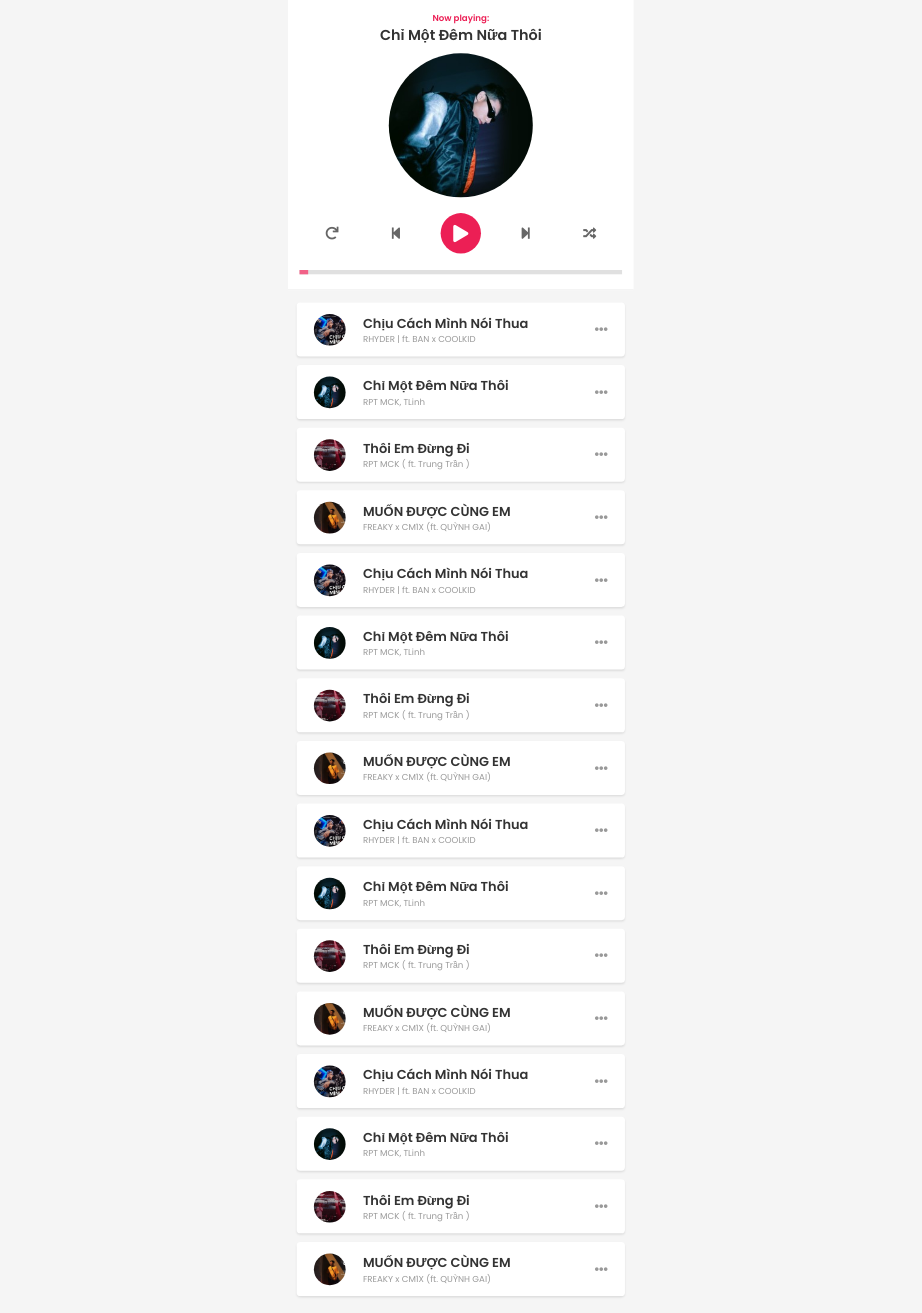
Repository: ChiNg22nd04/MusicPlayer
Page: index.html
These files come from the project's save history. The page is drawn as it stood at one moment and after the next save; the edit follows.
The browser window is 1280 px wide. The pictures show the whole page, at 72% of full size.

Above is the page before, as saved 2023-12-31 16:40:58.

### index.html
<!DOCTYPE html>
<html lang="en">
<head>
    <meta charset="UTF-8">
    <meta name="viewport" content="width=device-width, initial-scale=1.0">
    <title>Music player</title>
    <link rel="stylesheet" href="https://cdnjs.cloudflare.com/ajax/libs/font-awesome/5.15.2/css/all.min.css" integrity="sha512-HK5fgLBL+xu6dm/Ii3z4xhlSUyZgTT9tuc/hSrtw6uzJOvgRr2a9jyxxT1ely+B+xFAmJKVSTbpM/CuL7qxO8w==" crossorigin="anonymous" />
    <link rel="preconnect" href="https://fonts.gstatic.com">
    <link href="https://fonts.googleapis.com/css2?family=Poppins:wght@300;400;600&display=swap" rel="stylesheet">
    <link rel="stylesheet" href="./assets/css/style.css">
</head>
<body>


<div class="player">
  <!-- Dashboard -->
  <div class="dashboard">
    <!-- Header -->
    <header>
      <h4>Now playing:</h4>
      <h2>String 57th & 9th</h2>
    </header>

    <!-- CD -->
    <div class="cd">
      <div class="cd-thumb"
        style="background-image: url(./assets/img/cmdnt.jpeg);">

      </div>
    </div>

    <!-- Control -->
    <div class="control">
      <div class="btn btn-repeat">
        <i class="fas fa-redo"></i>
      </div>
      <div class="btn btn-prev">
        <i class="fas fa-step-backward"></i>
      </div>
      <div class="btn btn-toggle-play">
        <i classa="fas fa-pause icon-pause"></i>
        <i class="fas fa-play icon-play"></i>
      </div>
      <div class="btn btn-next">
        <i class="fas fa-step-forward"></i>
      </div>
      <div class="btn btn-random">
        <i class="fas fa-random"></i>
      </div>
    </div>

    <input id="progress" class="progress" type="range" value="0" step="1" min="0" max="100">

    <audio id="audio" src=""></audio>
  </div>

  <!-- Playlist -->
  <div class="playlist">

  </div>
</div>
<script src="./main.js"></script>
<!-- Design from: https://static.collectui.com/shots/3671744/musicloud-revolutionary-app-for-music-streaming-large -->
</body>
</html>

### assets/css/style.css
:root {
    --primary-color: #ec1f55;
    --text-color: #333;
  }

  * {
    padding: 0;
    margin: 0;
    box-sizing: inherit;
  }

  body {
    background-color: #f5f5f5;
  }

  html {
    box-sizing: border-box;
    font-family: "Poppins", sans-serif;
  }

  .player {
    position: relative;
    max-width: 480px;
    margin: 0 auto;
  }

  .player .icon-pause {
    display: none ;

  }

  .player.playing .icon-pause {
    display: inline-block ;
  }

  .player.playing .icon-play {
    display: none;
  }

  .dashboard {
    padding: 16px 16px 14px;
    background-color: #fff;
    position: fixed;
    top: 0;
    width: 100%;
    max-width: 480px;
    border-bottom: 1px solid #ebebeb;
  }

  /* HEADER */
  header {
    text-align: center;
    margin-bottom: 10px;
  }

  header h4 {
    color: var(--primary-color);
    font-size: 12px;
  }

  header h2 {
    color: var(--text-color);
    font-size: 20px;
  }

  /* CD */
  .cd {
    display: flex;
    margin: auto;
    width: 200px;
  }

  .cd-thumb {
    width: 100%;
    padding-top: 100%;
    border-radius: 50%;
    background-color: #333;
    background-size: cover;
    margin: auto;
  }

  /* CONTROL */
  .control {
    display: flex;
    align-items: center;
    justify-content: space-around;
    padding: 18px 0 8px 0;
  }

  .control .btn {
    color: #666;
    padding: 18px;
    font-size: 18px;
  }

  .control .btn.active {
    color: var(--primary-color);
  }
  .control .btn-toggle-play {
    width: 56px;
    height: 56px;
    border-radius: 50%;
    font-size: 24px;
    color: #fff;
    display: flex;
    align-items: center;
    justify-content: center;
    background-color: var(--primary-color);
  }

  .progress {
    width: 100%;
    -webkit-appearance: none;
    height: 6px;
    background: #d3d3d3;
    outline: none;
    opacity: 0.7;
    -webkit-transition: 0.2s;
    transition: opacity 0.2s;
  }

  .progress::-webkit-slider-thumb {
    -webkit-appearance: none;
    appearance: none;
    width: 12px;
    height: 6px;
    background-color: var(--primary-color);
    cursor: pointer;
  }

  /* PLAYLIST */
  .playlist {
    margin-top: 408px;
    padding: 12px;
  }

  .song {
    display: flex;
    align-items: center;
    margin-bottom: 12px;
    background-color: #fff;
    padding: 8px 16px;
    border-radius: 5px;
    box-shadow: 0 2px 3px rgba(0, 0, 0, 0.1);
  }

  .song.active {
    background-color: var(--primary-color);
  }

  .song:active {
    opacity: 0.8;
  }

  .song.active .option,
  .song.active .author,
  .song.active .title {
    color: #fff;
  }

  .song .thumb {
    width: 44px;
    height: 44px;
    border-radius: 50%;
    background-size: cover;
    margin: 0 8px;
  }

  .song .body {
    flex: 1;
    padding: 0 16px;
  }

  .song .title {
    font-size: 18px;
    color: var(--text-color);
  }

  .song .author {
    font-size: 12px;
    color: #999;
  }

  .song .option {
    padding: 16px 8px;
    color: #999;
    font-size: 18px;
  }

### main.js
const $ = document.querySelector.bind(document);
const $$ = document.querySelectorAll.bind(document);

const playlist = $('.playlist');
const audio = $('#audio');
const heading = $('header h2');
const cdThumb = $('.cd-thumb');
const playBtn = $('.btn-toggle-play');
const player = $('.player');

//! List bài hát
const app = {
    currentIndex: 0,
    isPlaying: false,
    listSong: [
        {
            name: 'Chịu Cách Mình Nói Thua',
            singer: 'RHYDER | ft. BAN x COOLKID ',
            path: './assets/music/ChiuCachMinhNoiThua-RHYDERCoolkidBAN-12449134.mp3',
            img:'./assets/img/ccmnt.jpeg',
        },
        {
            name: 'Chỉ Một Đêm Nữa Thôi',
            singer: 'RPT MCK, TLinh',
            path: './assets/music/ChiMotDemNuaThoi-MCK-8804087.mp3',
            img: './assets/img/cmdnt.jpeg',
        },
        {
            name: 'Thôi Em Đừng Đi',
            singer: 'RPT MCK ( ft. Trung Trần )',
            path: './assets/music/ThoiEmDungDi-MCK-8804088.mp3',
            img: './assets/img/tedd.jpeg',
        },
        {
            name: 'MUỐN ĐƯỢC CÙNG EM',
            singer: 'FREAKY x CM1X (ft. QUỲNH GAI)',
            path: './assets/music/MuonDuocCungEm-Freaky-6792500.mp3',
            img: './assets/img/mdce.jpeg',
        },
        {
            name: 'Chịu Cách Mình Nói Thua',
            singer: 'RHYDER | ft. BAN x COOLKID ',
            path: './assets/music/ChiuCachMinhNoiThua-RHYDERCoolkidBAN-12449134.mp3',
            img:'./assets/img/ccmnt.jpeg',
        },
        {
            name: 'Chỉ Một Đêm Nữa Thôi',
            singer: 'RPT MCK, TLinh',
            path: './assets/music/ChiMotDemNuaThoi-MCK-8804087.mp3',
            img: './assets/img/cmdnt.jpeg',
        },
        {
            name: 'Thôi Em Đừng Đi',
            singer: 'RPT MCK ( ft. Trung Trần )',
            path: './assets/music/ThoiEmDungDi-MCK-8804088.mp3',
            img: './assets/img/tedd.jpeg',
        },
        {
            name: 'MUỐN ĐƯỢC CÙNG EM',
            singer: 'FREAKY x CM1X (ft. QUỲNH GAI)',
            path: './assets/music/MuonDuocCungEm-Freaky-6792500.mp3',
            img: './assets/img/mdce.jpeg',
        },
        {
            name: 'Chịu Cách Mình Nói Thua',
            singer: 'RHYDER | ft. BAN x COOLKID ',
            path: './assets/music/ChiuCachMinhNoiThua-RHYDERCoolkidBAN-12449134.mp3',
            img:'./assets/img/ccmnt.jpeg',
        },
        {
            name: 'Chỉ Một Đêm Nữa Thôi',
            singer: 'RPT MCK, TLinh',
            path: './assets/music/ChiMotDemNuaThoi-MCK-8804087.mp3',
            img: './assets/img/cmdnt.jpeg',
        },
        {
            name: 'Thôi Em Đừng Đi',
            singer: 'RPT MCK ( ft. Trung Trần )',
            path: './assets/music/ThoiEmDungDi-MCK-8804088.mp3',
            img: './assets/img/tedd.jpeg',
        },
        {
            name: 'MUỐN ĐƯỢC CÙNG EM',
            singer: 'FREAKY x CM1X (ft. QUỲNH GAI)',
            path: './assets/music/MuonDuocCungEm-Freaky-6792500.mp3',
            img: './assets/img/mdce.jpeg',
        },
        {
            name: 'Chịu Cách Mình Nói Thua',
            singer: 'RHYDER | ft. BAN x COOLKID ',
            path: './assets/music/ChiuCachMinhNoiThua-RHYDERCoolkidBAN-12449134.mp3',
            img:'./assets/img/ccmnt.jpeg',
        },
        {
            name: 'Chỉ Một Đêm Nữa Thôi',
            singer: 'RPT MCK, TLinh',
            path: './assets/music/ChiMotDemNuaThoi-MCK-8804087.mp3',
            img: './assets/img/cmdnt.jpeg',
        },
        {
            name: 'Thôi Em Đừng Đi',
            singer: 'RPT MCK ( ft. Trung Trần )',
            path: './assets/music/ThoiEmDungDi-MCK-8804088.mp3',
            img: './assets/img/tedd.jpeg',
        },
        {
            name: 'MUỐN ĐƯỢC CÙNG EM',
            singer: 'FREAKY x CM1X (ft. QUỲNH GAI)',
            path: './assets/music/MuonDuocCungEm-Freaky-6792500.mp3',
            img: './assets/img/mdce.jpeg',
        },

    ],

    //hàm để render ra view
    render: function() {
        const htmls = this.listSong.map((song) => {
            return `
            <div class="song">
                <div class="thumb"
                    style="background-image: url('${song.img}');">
                </div>
                <div class="body">
                    <h3 class="title">${song.name}</h3>
                    <p class="author">${song.singer}</p>
                </div>
                <div class="option">
                    <i class="fas fa-ellipsis-h"></i>
                </div>
            </div>
       `

        })
        $('.playlist').innerHTML = htmls.join('\n');
    },
    //handleEven
    handleEnvens: function() {
        // xử lý phóng to thu nhỏ
        const cdWidth =  $('.cd').offsetWidth
        document.onscroll = function() {
            // const scroll = window.scrollY
            const scroll = document.documentElement.scrollTop || window.scrollY
            const cdNew = cdWidth - scroll
            // nếu cdNew > 0 thì
            $('.cd').style.width = cdNew  > 0 ? cdNew + 'px' : 0;
            $('.cd').style.opacity = cdNew / cdWidth;
        }

        //lắng nghe sự kiện click play
        playBtn.onclick = function() {
            audio.play()
            player.classList.add('playing')
            //nếu đang playing thì phải pause còn k thì ngược lại
            if(app.isPlaying) {
                // app.isPlaying = false;
                audio.pause();
                // player.classList.remove('playing');
            }
            else {
                // app.isPlaying = true;
                audio.play();
                // player.classList.add('playing');
            }
        }

        //khi song được play lắng nghe trên thẻ audio
        audio.onplay = function() {
            app.isPlaying = true;
            player.classList.add('playing');
        }
        //khi song bị pause
        audio.onpause = function() {
            app.isPlaying = false;
            player.classList.remove('playing');
        }
    },
    //hàm để xử lý khi click vào song
    // songActive: function() {
    //     const songList = $$('.song')
    //     for (var i = 0; i < songList.length; i++) {
    //         songList[i].onclick = function() {
    //             console.log(this.name);
    //         }
    //     }
    // },

    //next song
    nextSong: function() {
        this.currentIndex++;
        if(this.currentIndex >= this.listSong.length) {
            this.currentIndex = 0;
        }
        this.loadCurrentSong();
    },

    //hàm để lấy ra bài hát hiện tại
    getCurrentSong: function() {
        return this.listSong[this.currentIndex].name;
    },
    //hàm để load bài hát hiện tại
    loadCurrentSong: function() {

        heading.textContent = this.listSong[this.currentIndex].name;
        cdThumb.style.backgroundImage = `url(${this.listSong[this.currentIndex].img})`;
        audio.src = this.listSong[this.currentIndex].path;
    },

    //pthức start() để bắt đầu
    start: function() {
        //lắng nghe và xử lý các sự kiện
        this.handleEnvens()
        //render playlist
        this.render()
        this.getCurrentSong()
        this.loadCurrentSong()
        this.nextSong()
    }
}

app.start();

After the next save:
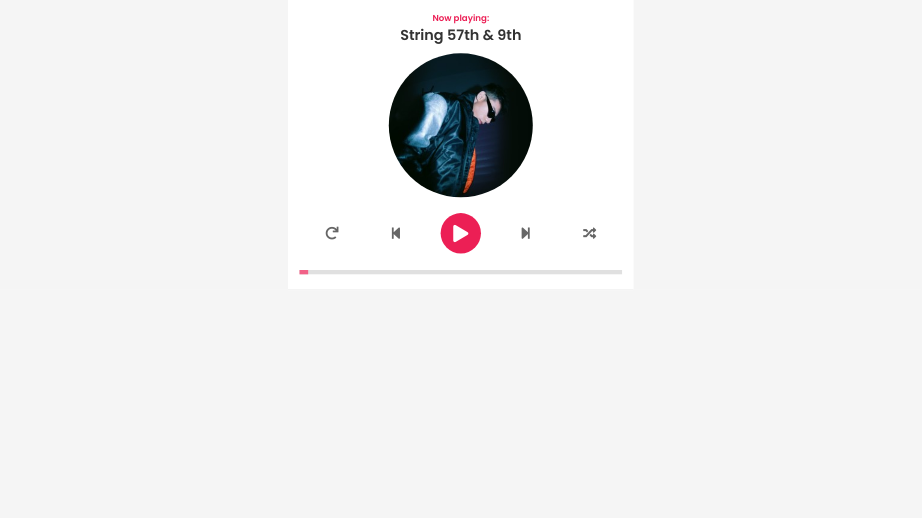
Console error: SyntaxError: Missing initializer in const declaration
Saved 2 min 26 s later.
--- a/main.js
+++ b/main.js
@@ -7,7 +7,7 @@
 const cdThumb = $('.cd-thumb');
 const playBtn = $('.btn-toggle-play');
 const player = $('.player');
-
+const nex
 //! List bài hát
 const app = {
     currentIndex: 0,

After the save that followed:
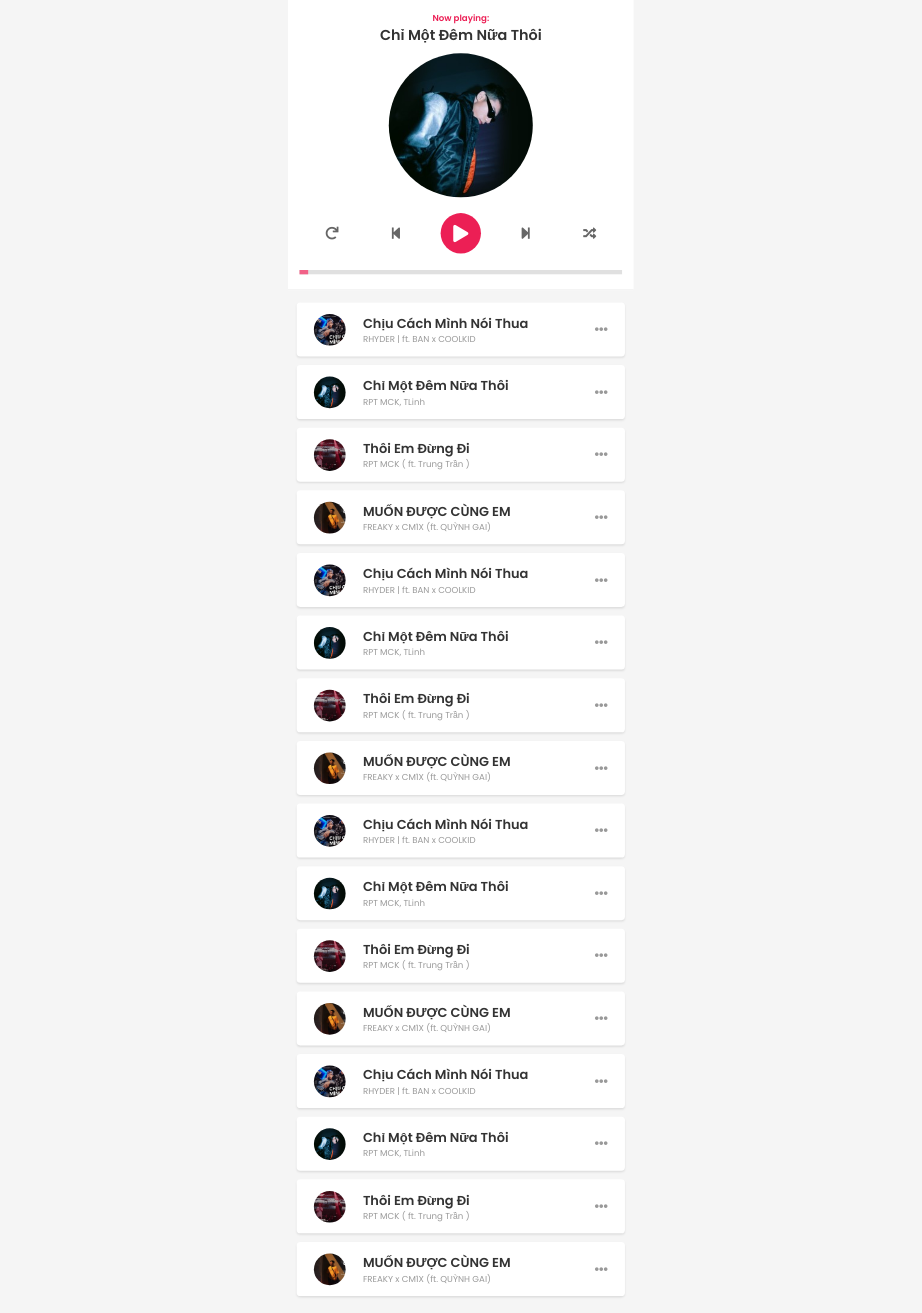
The error is gone.
Saved 6 s later.
--- a/main.js
+++ b/main.js
@@ -7,7 +7,8 @@
 const cdThumb = $('.cd-thumb');
 const playBtn = $('.btn-toggle-play');
 const player = $('.player');
-const nex
+const nextBtn = $('.btn-next');
+const prevBtn = $('.btn-prev');
 //! List bài hát
 const app = {
     currentIndex: 0,
